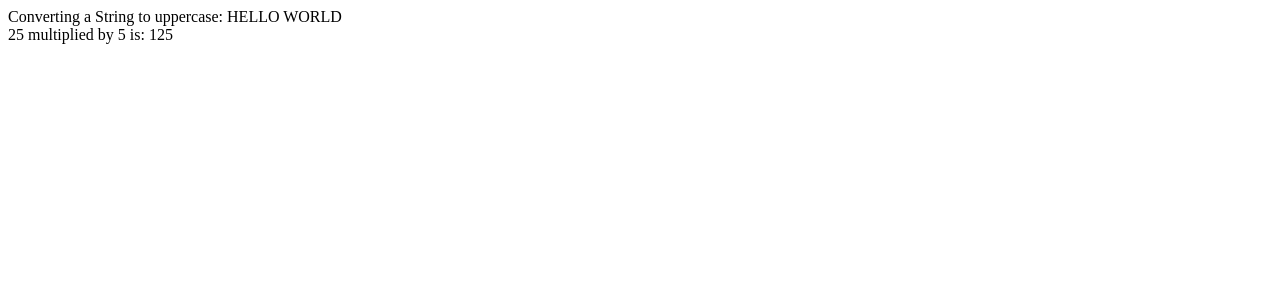
Repository: CP-Aayush/JSP-Projects
Page: http://localhost/jspdemo/expression-test.jsp
The author's editor kept a copy of each file at every save. The page is drawn from the files as they stood at one save, then again after the next save.
The browser window is 1280 px wide. The pictures show the whole page.
The page is served by Tomcat 9.

Above is the page before, as saved 2019-08-03 17:13:50.

After the next save:
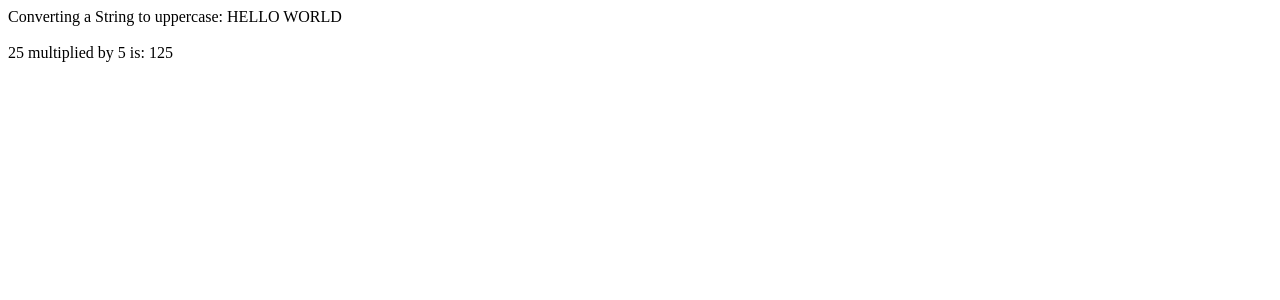
Saved 31 s later.
--- a/jspdemo/WebContent/expression-test.jsp
+++ b/jspdemo/WebContent/expression-test.jsp
@@ -4,7 +4,7 @@
 
 Converting a String to uppercase: <%=new String("Hello World").toUpperCase() %>
 
-<br>
+<br/><br>
 
 25 multiplied by 5 is: <%= 25*5 %>
 
